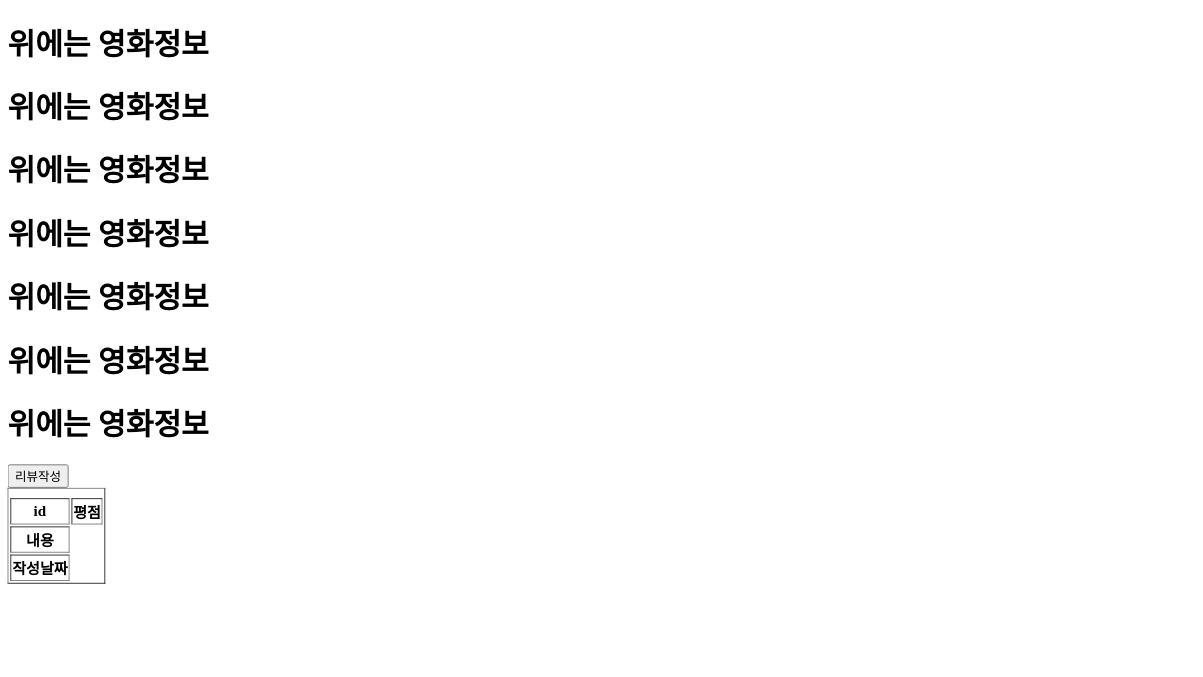
Repository: homerking-092/project
Page: http://localhost/MovieProject/review/review_list.jsp
These files come from the project's save history. The page is drawn as it stood at one moment and after the next save; the edit follows.
The browser window is 1280 px wide. The pictures show the whole page, at 94% of full size.
The page is served by Tomcat 9.

Above is the page before, as saved 2021-08-15 08:55:10.

After the next save:
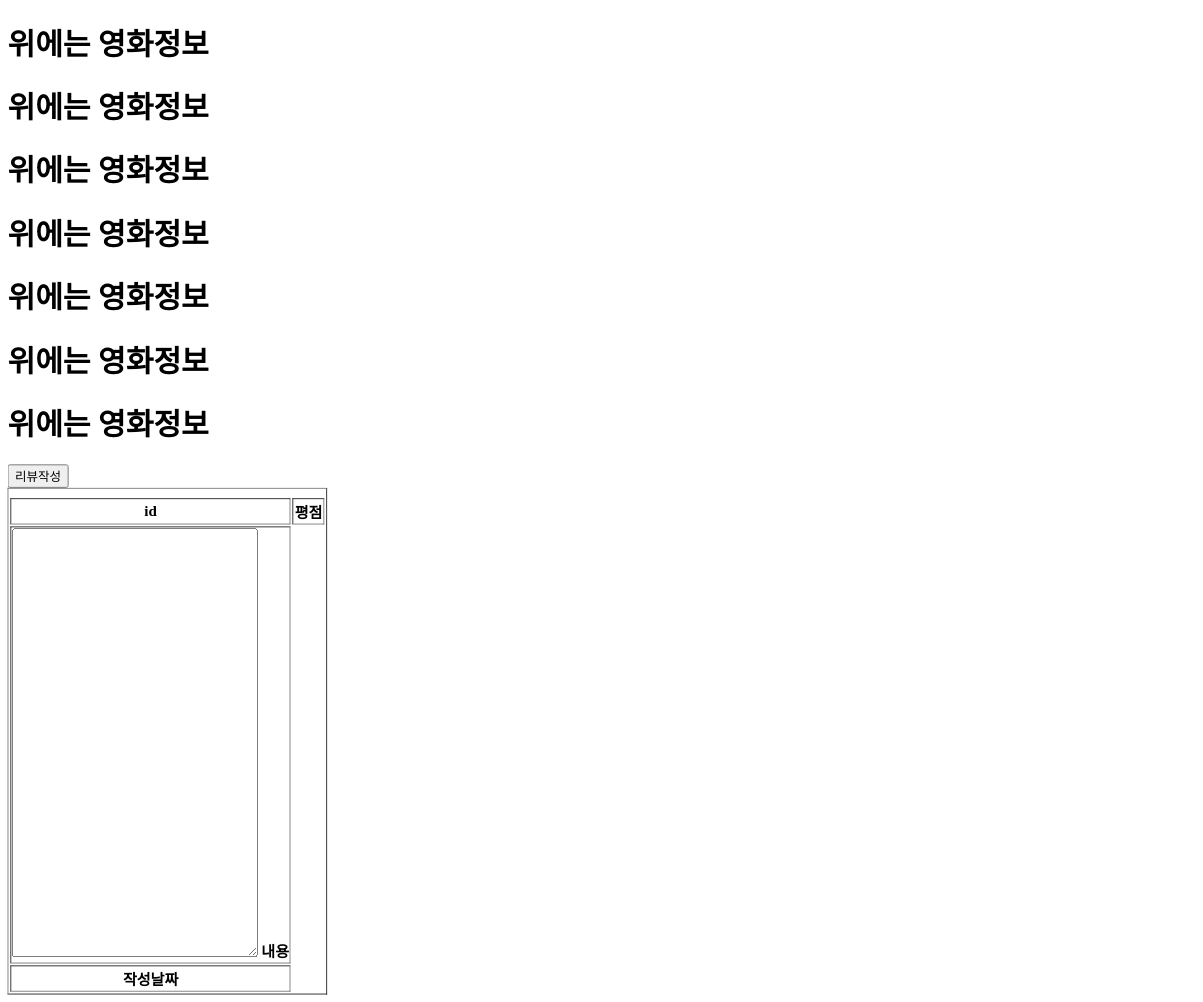
Saved 24 s later.
--- a/MovieProject/WebContent/review/review_list.jsp
+++ b/MovieProject/WebContent/review/review_list.jsp
@@ -32,7 +32,7 @@
 
 		</tr>
 		<tr>
-			<th>내용</th>
+			<th><textarea rows="30" cols="30"></textarea> 내용</th>
 
 		</tr>
 		<tr>
